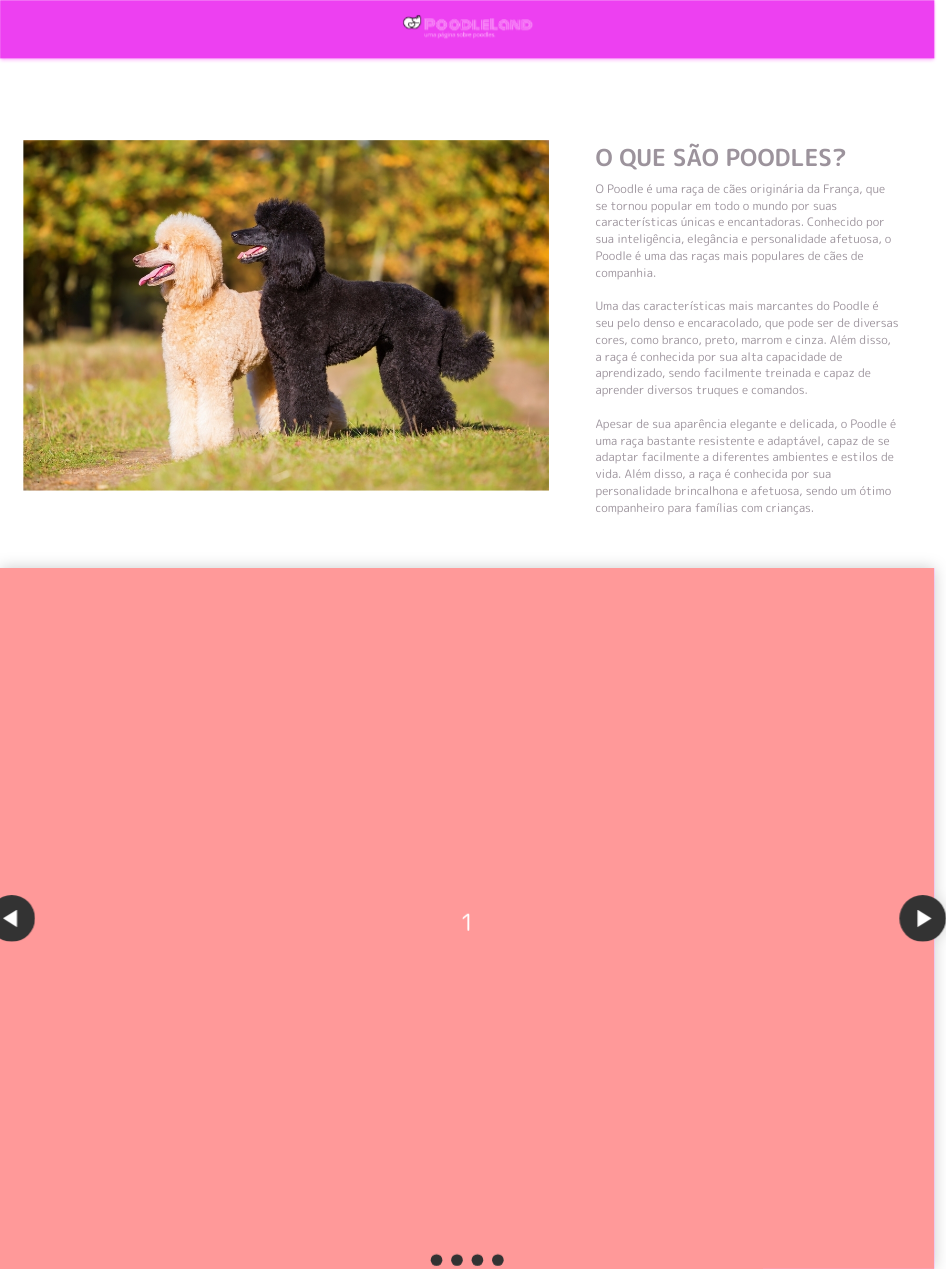
Repository: vinibalt/PoodleLand
Page: poddlelandia.html
The author's editor kept a copy of each file at every save. The page is drawn from the files as they stood at one save, then again after the next save.
The browser window is 1280 px wide. The page is 1296 px wide, so the pictures cover 1296 px, including what lies to the right of the window. The pictures show the whole page, at 73% of full size.

Above is the page before, as saved 2023-05-12 14:21:55.

After the next save:
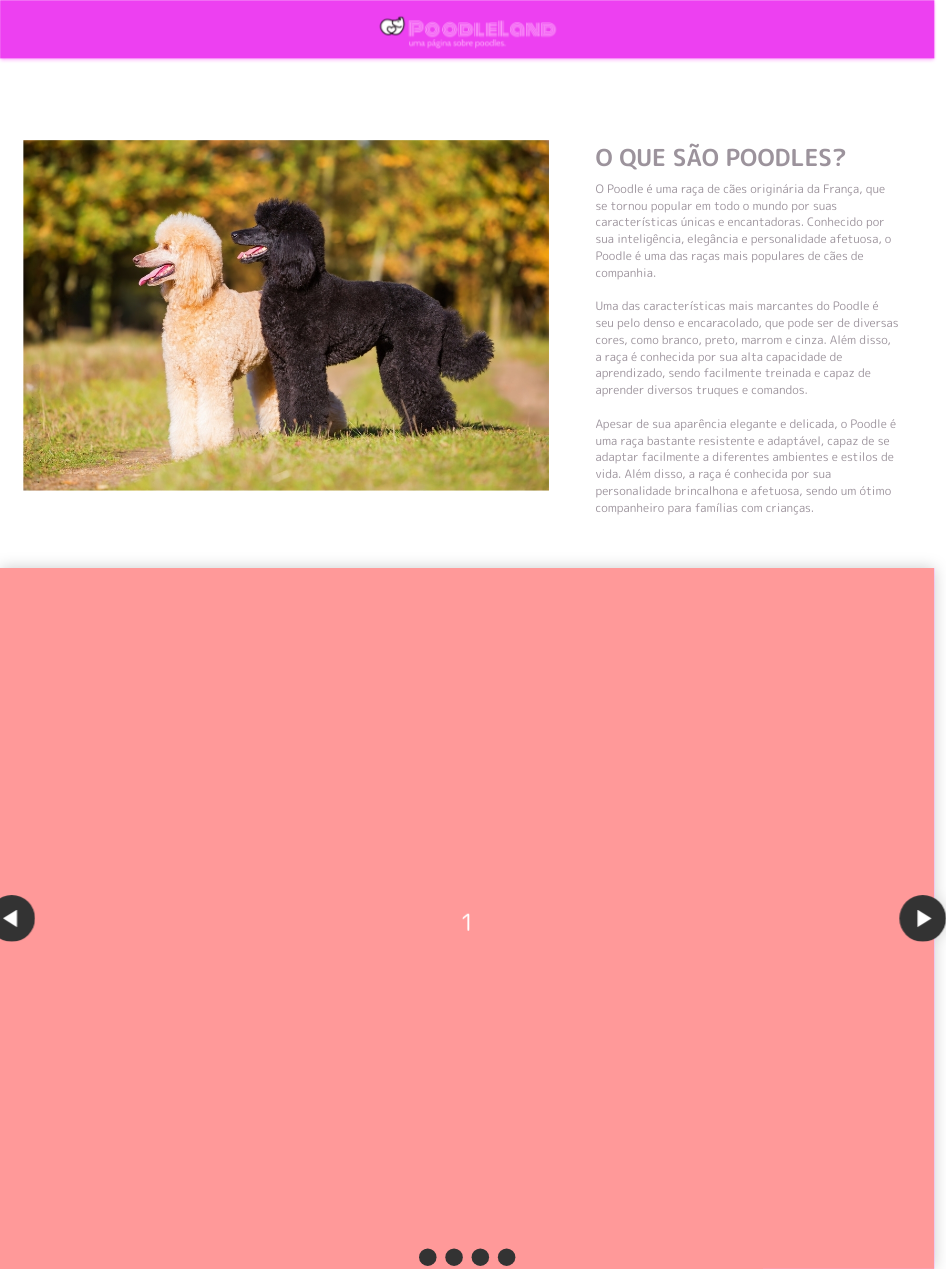
Saved 10 s later.
--- a/assets/css/styles.css
+++ b/assets/css/styles.css
@@ -127,11 +127,6 @@ body {
     }
   }
 
-  * {
-    box-sizing: border-box;
-    scrollbar-color: transparent transparent; /* thumb and track color */
-    scrollbar-width: 0px;
-  }
 
   *::-webkit-scrollbar {
     width: 0;
